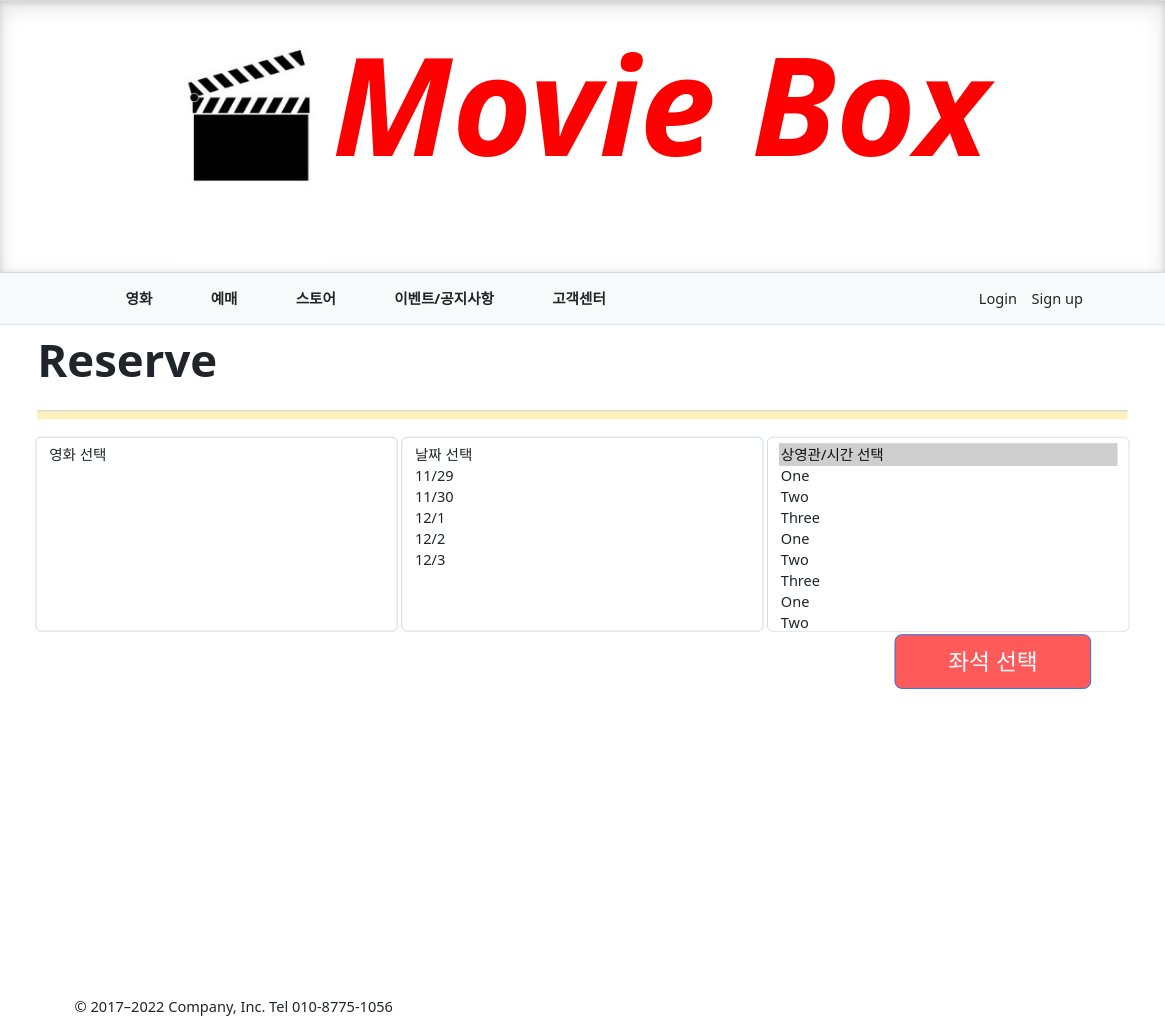
Repository: SpearManCN/MovieBox-2nd-Project-
Page: http://localhost/prj_01/WEB-INF/views/reserveForm.jsp
An editor plug-in stored every save of this project. The page is shown before and after the next save, followed by the edit.
The browser window is 1280 px wide. The pictures show the whole page, at 91% of full size.
The page is served by Tomcat 9. Nobody is signed in. The template is opened directly, without the code that normally fills it, so the values that code supplies are empty.

Above is the page before, as saved 2022-12-18 14:21:16.

After the next save:
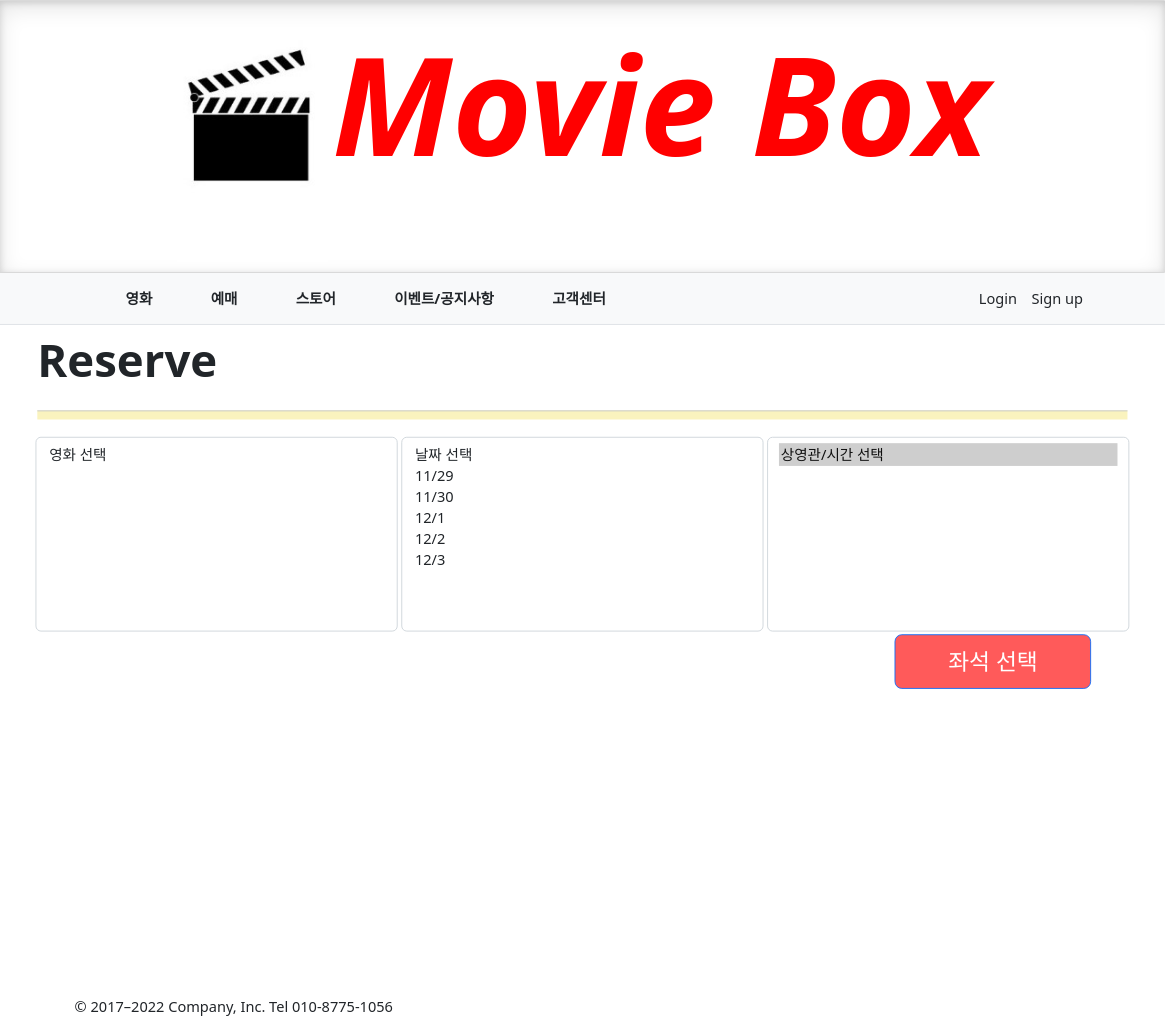
Saved 69 s later.
--- a/Second project/prj_01/src/main/webapp/WEB-INF/views/reserveForm.jsp
+++ b/Second project/prj_01/src/main/webapp/WEB-INF/views/reserveForm.jsp
@@ -61,8 +61,11 @@
 
 	                    ,success:function(map){
 
-	                    	//$("[name=selDate]").append("<option>2323</option>");
+	                    	$("[name=selDate]").append("<option>2323</option>");
+	                    	for(i=0;i<map.length;i++){
 
+
+	                    	}
 	                       alert(map.length);
 
 
@@ -135,23 +138,9 @@
 <td>
 <table width="400px">
 <tr><td>
-<select class="form-select" size="8" aria-label="size 3 select example" width="500px">
+<select class="form-select" size="8" aria-label="size 3 select example" width="500px" name="selTime">
   <option selected>상영관/시간 선택</option>
-  <option value="1">One</option>
-  <option value="2">Two</option>
-  <option value="3">Three</option>
-    <option value="1">One</option>
-  <option value="2">Two</option>
-  <option value="3">Three</option>
-    <option value="1">One</option>
-  <option value="2">Two</option>
-  <option value="3">Three</option>
-    <option value="1">One</option>
-  <option value="2">Two</option>
-  <option value="3">Three</option>
-    <option value="1">One</option>
-  <option value="2">Two</option>
-  <option value="3">Three</option>
+
 </select>
 </table>
 
